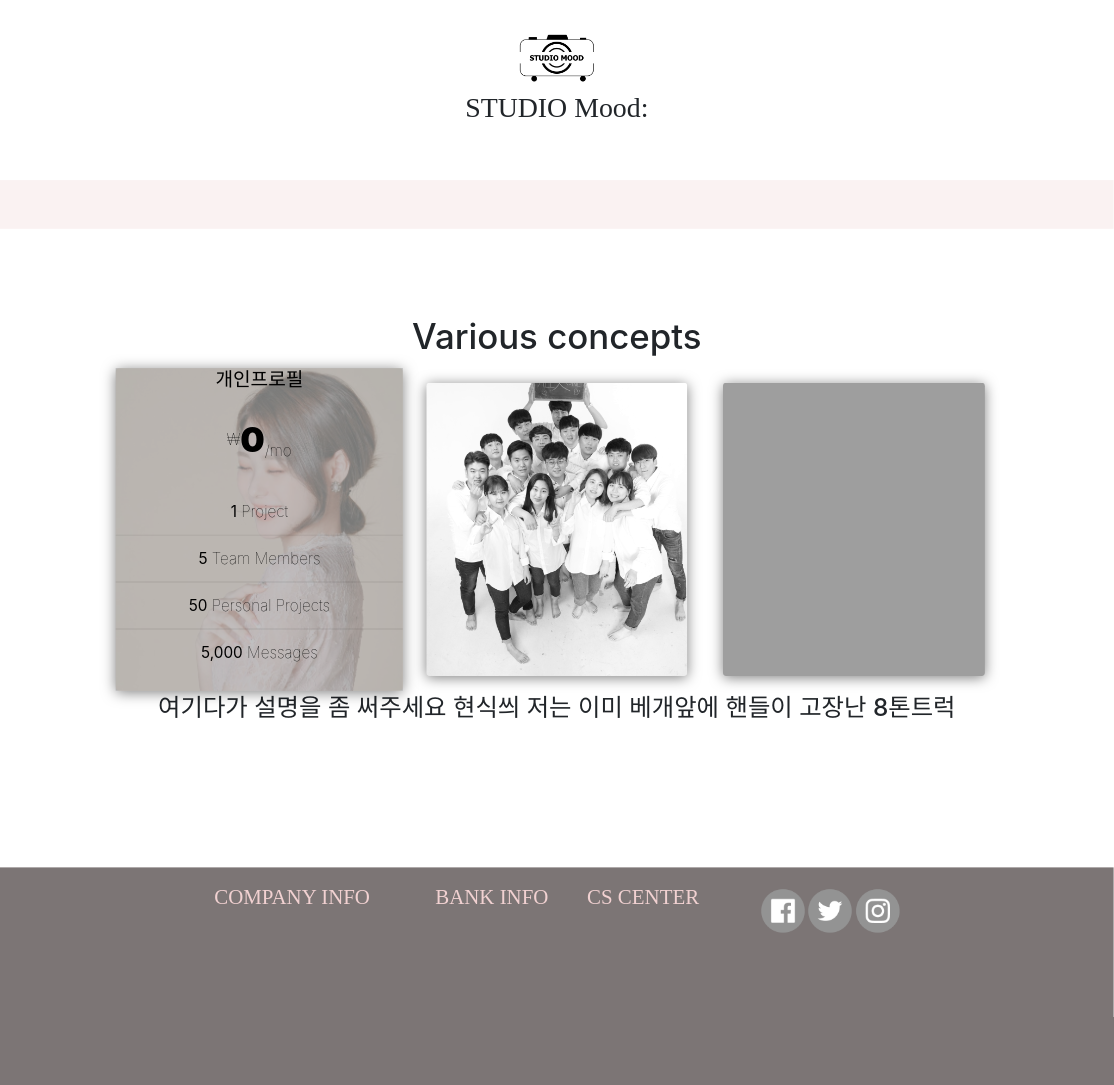
Repository: seugju/HSDsemi
Page: http://localhost/studioMood/views/product/product.jsp
These files come from the project's save history. The page is drawn as it stood at one moment and after the next save; the edit follows.
The browser window is 1280 px wide. The pictures show the whole page, at 87% of full size.
The pointer rests on the first visible `.pricing-box`.
Pictures or frames that could not be fetched are drawn as grey boxes. Some web fonts or font styles are not loaded; a fallback is used. The page is served by Tomcat 9.

Above is the page before, as saved 2020-12-02 16:23:32.

After the next save:
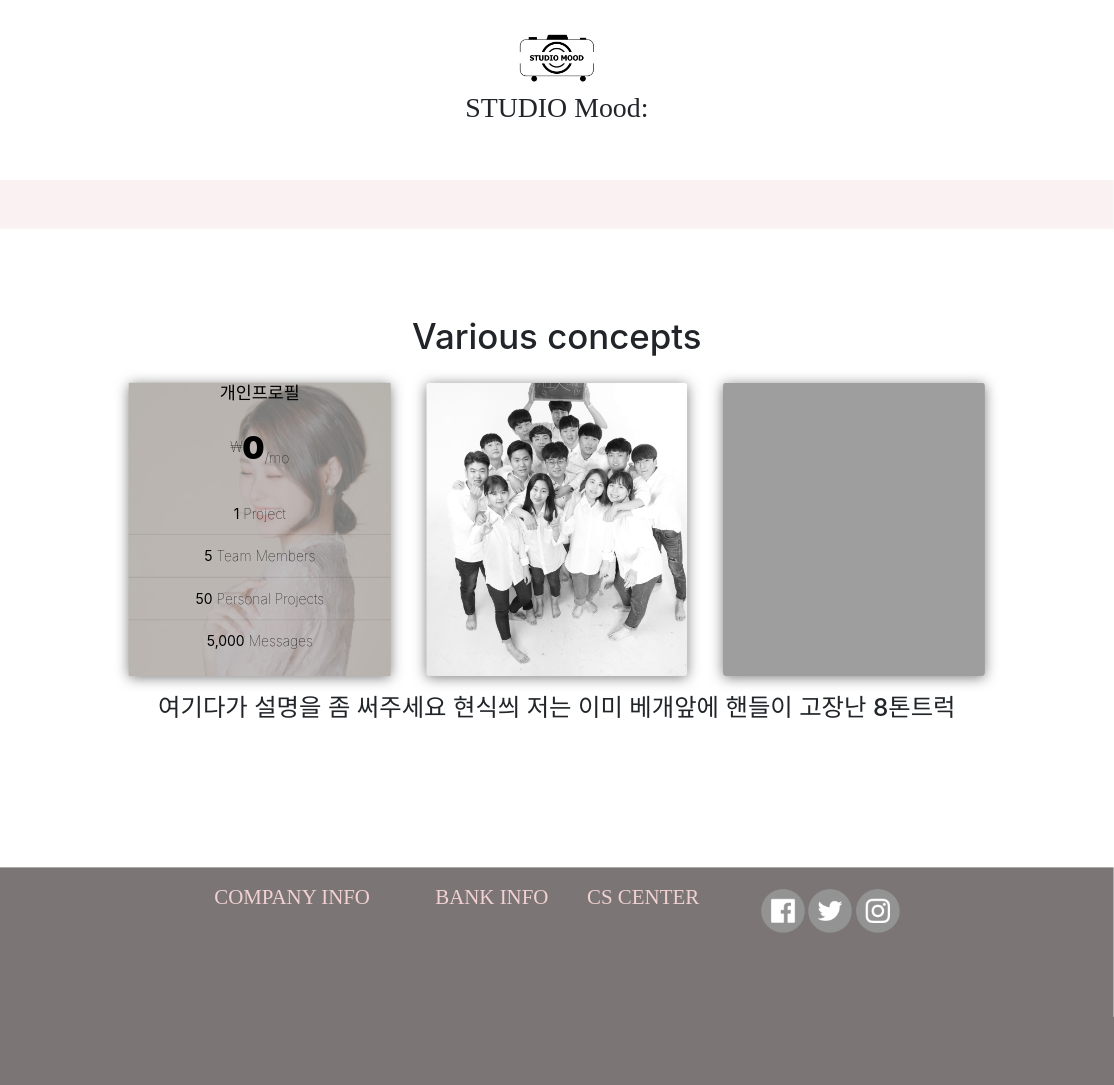
Saved 4 s later.
--- a/project-workspace/studioMood/WebContent/views/product/product.jsp
+++ b/project-workspace/studioMood/WebContent/views/product/product.jsp
@@ -124,10 +124,7 @@ body {
 
 }
 
-.pricing-box:hover{
-	 -webkit-transform: scale(1.1);
-          transform: scale(1.1);
-}
+
 .pricing-box{
 	-webkit-transition: all 0.4s ease-in-out;
   transition: all 0.4s ease-in-out;
